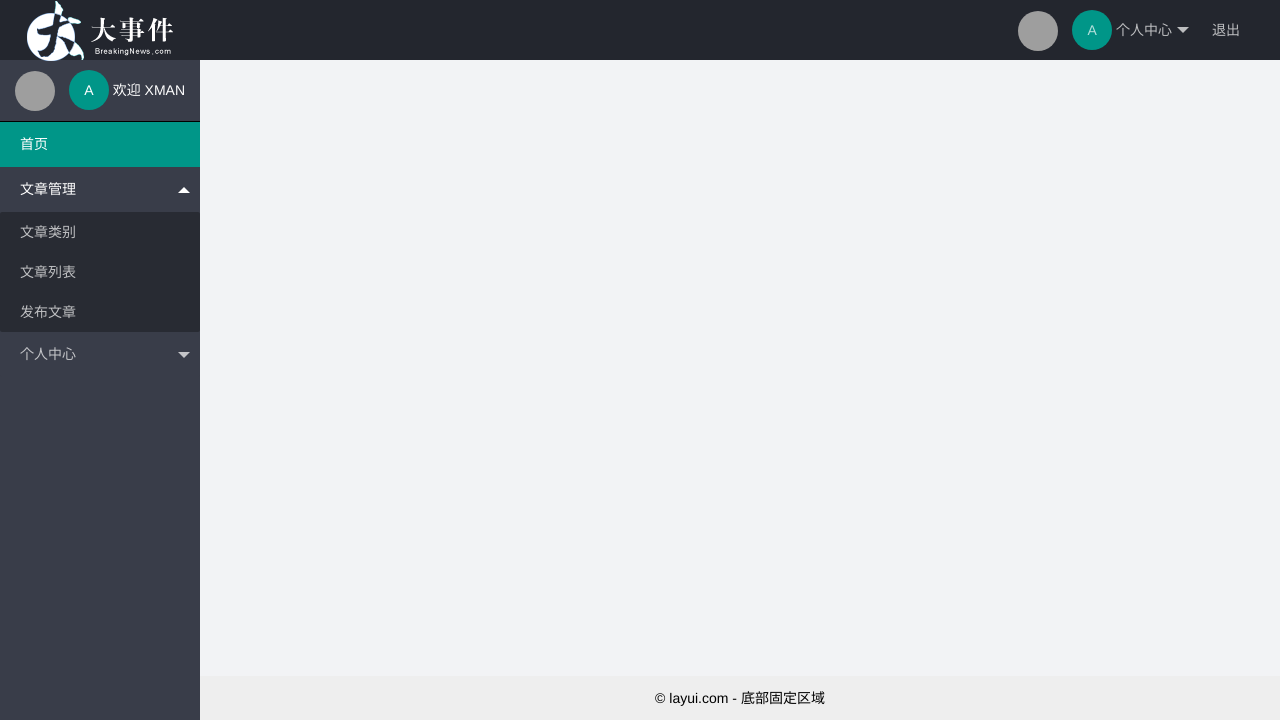
Repository: xxsleep/-
Page: home/index.html
An editor plug-in stored every save of this project. The page is shown before and after the next save, followed by the edit.
The browser window is 1280 px wide. The pictures show the whole page.
Pictures or frames that could not be fetched are drawn as grey boxes.

Above is the page before, as saved 2020-11-24 21:02:19.

After the next save:
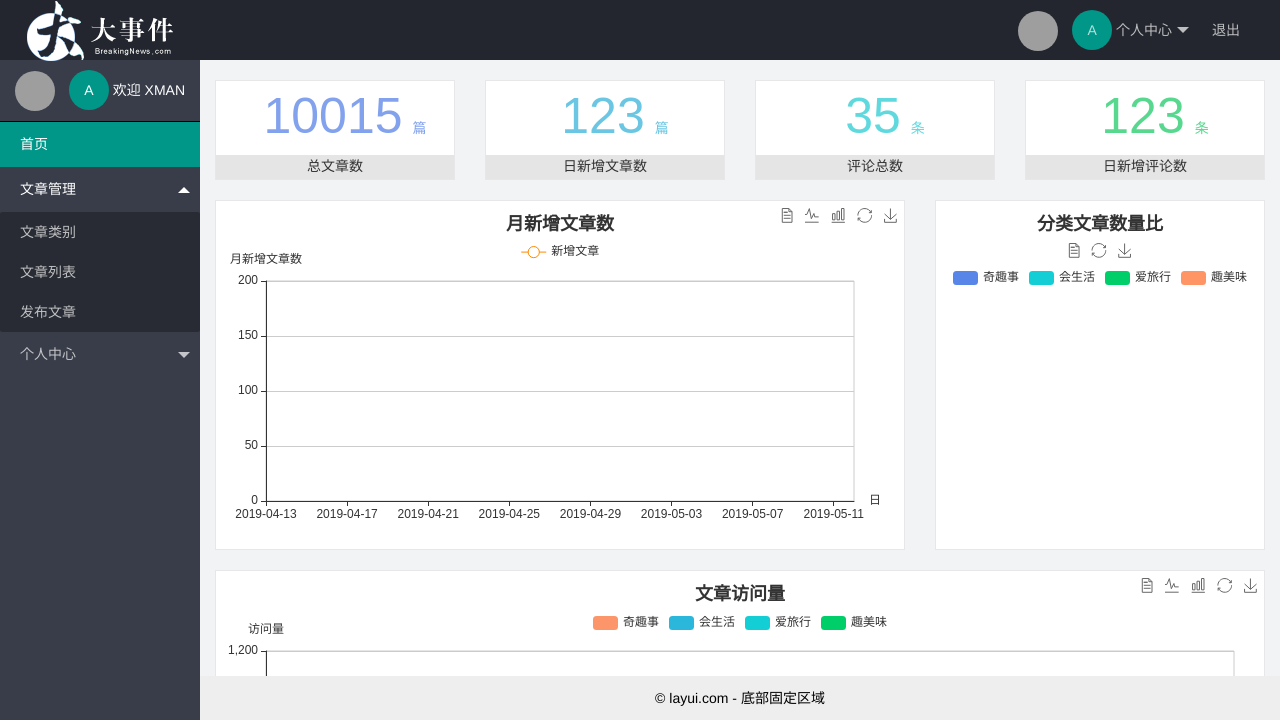
Saved 57 s later.
--- a/home/index.html
+++ b/home/index.html
@@ -68,7 +68,7 @@
 
         <div class="layui-body">
             <!-- 内容主体区域 -->
-            <iframe src="" frameborder="0" name="layBody"></iframe>
+            <iframe src="/home/dashboard.html" frameborder="0" name="layBody"></iframe>
         </div>
 
         <div class="layui-footer">
